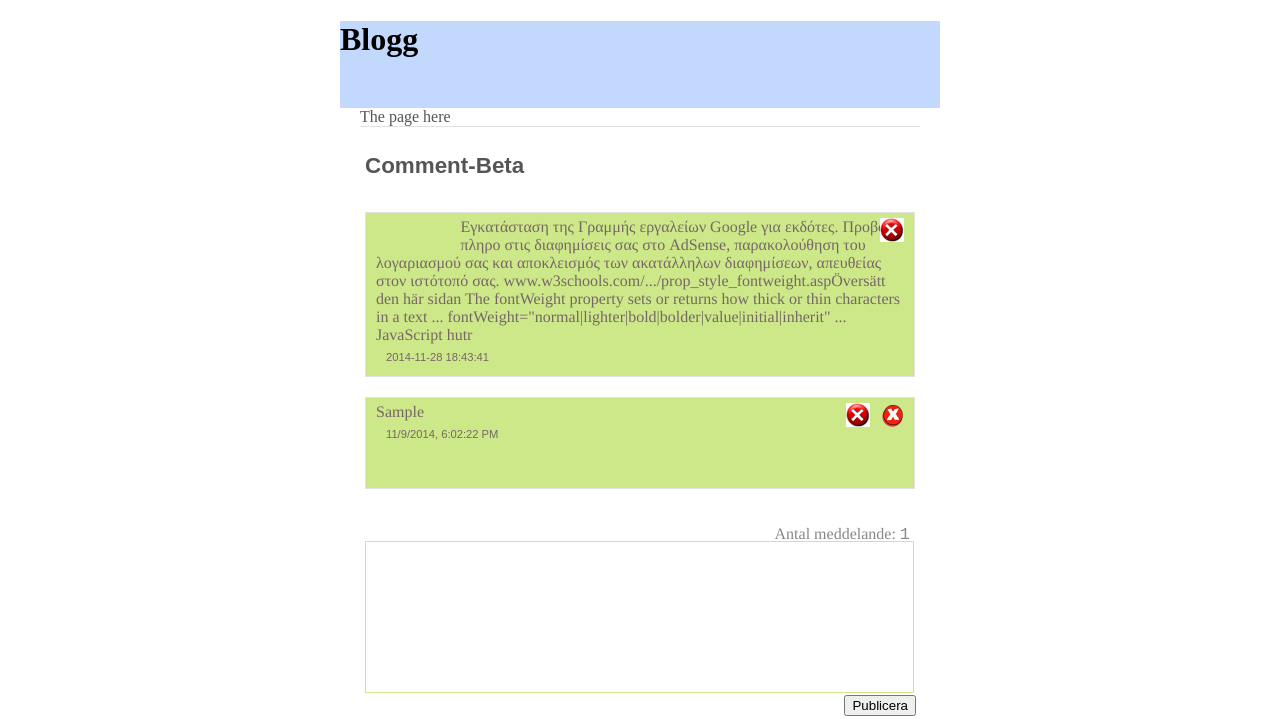
Repository: dn222em/1dv403-laborationer
Page: 2-labbymezzage/index.html
The author's editor kept a record of every edit. The page is drawn from the files as they stood at one moment, then again after the next edit.
The browser window is 1280 px wide. The pictures show the whole page.
Empty fields were first filled with sample values (such as "Sample", 5 or name@example.com).
After loading, the first visible `#publish-button` was clicked once.

Above is the page before.

After the next edit:
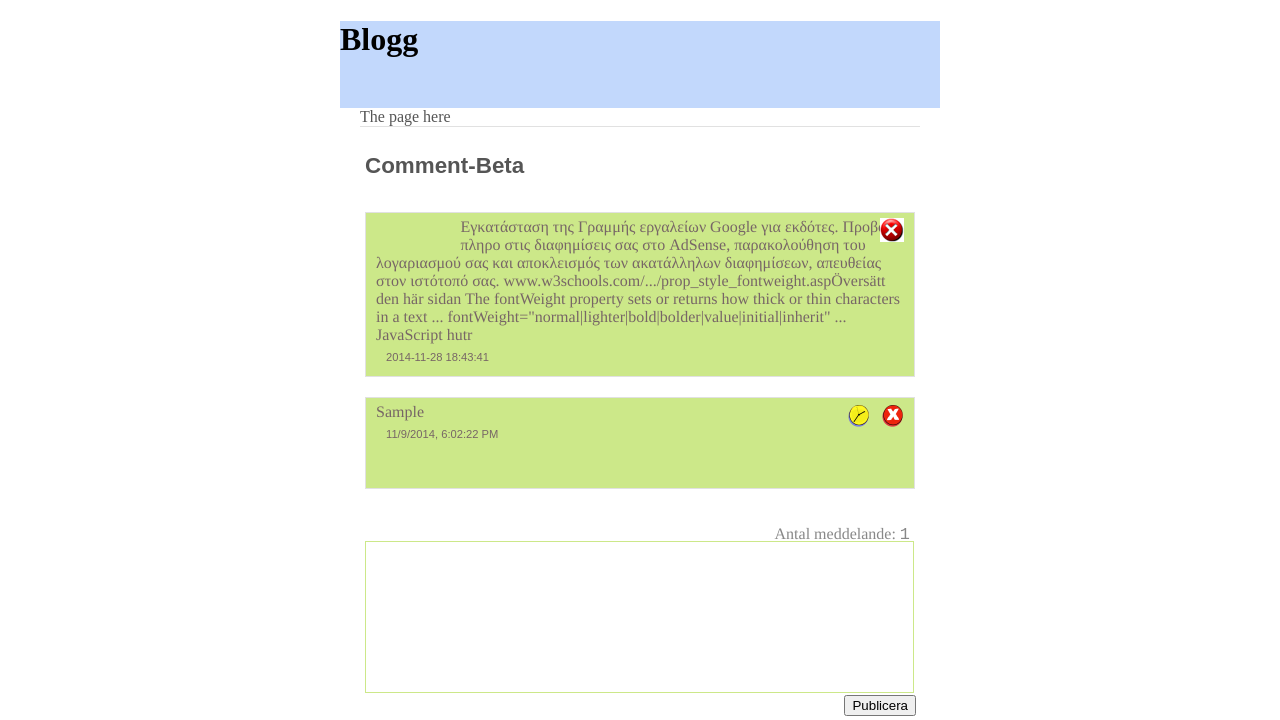
The edit:
--- a/2-labbymezzage/init.js
+++ b/2-labbymezzage/init.js
@@ -106,7 +106,7 @@
         div4.id = "delete-button";
         div4.innerHTML;
         div3.appendChild(div4);
-        div4.setAttribute("src", "pics/1.png");
+        div4.setAttribute("src", "pics/TIMER.png");
 
         div5 = document.createElement("img");
         document.getElementById("delete-button").appendChild(div5);
